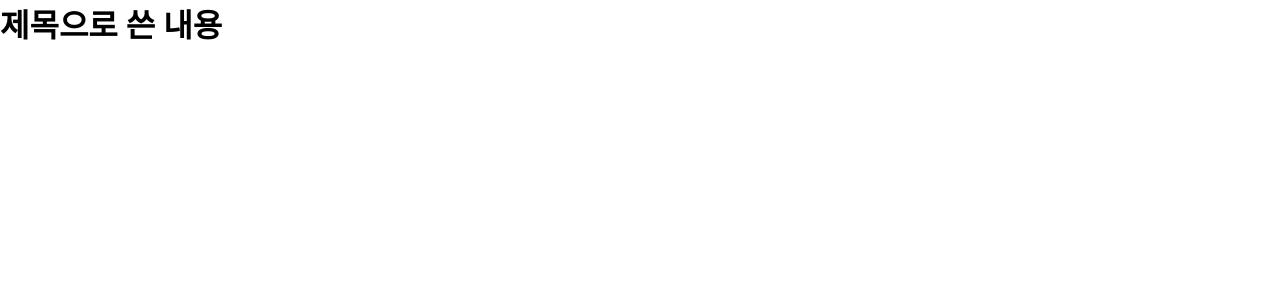
Repository: Axing00/SCSS
Page: test/index.html
The author's editor kept a copy of each file at every save. The page is drawn from the files as they stood at one save, then again after the next save.
The browser window is 1280 px wide. The pictures show the whole page.
The style sheet was rebuilt from its Sass, Less or Tailwind sources for each picture, by a compiler version that may differ from the author's.

Above is the page before, as saved 2023-03-17 16:05:27.

### test/index.html
<!DOCTYPE html>
<html lang="ko">

<head>
	<meta charset="UTF-8">
	<meta http-equiv="X-UA-Compatible" content="IE=edge">
	<meta name="viewport" content="width=device-width, initial-scale=1.0">
	<link rel="stylesheet" href="css/main.css">
	<title>scss test</title>
</head>

<body>
	<div class="container">
		<h1>제목으로 쓴 내용</h1>
	</div>
</body>

</html>

### test/style/main.scss

*{
	margin: 0;
	padding:0;
}

After the next save:
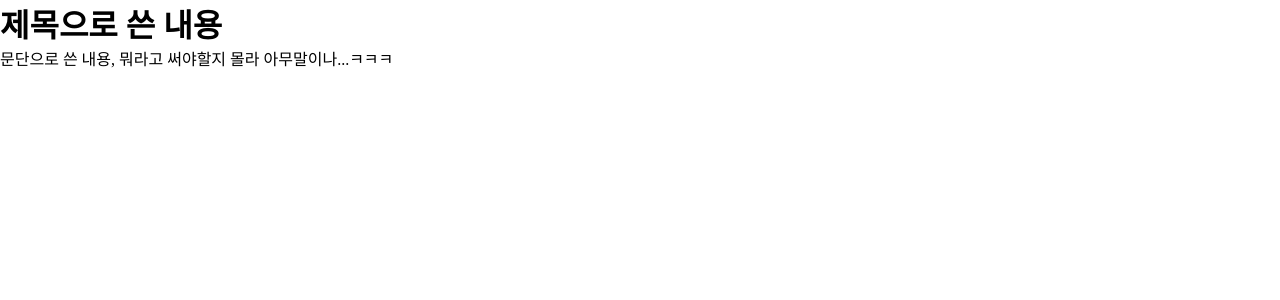
Saved 22 s later.
--- a/test/index.html
+++ b/test/index.html
@@ -12,6 +12,10 @@
 <body>
 	<div class="container">
 		<h1>제목으로 쓴 내용</h1>
+		<p>
+			문단으로 쓴 내용, 뭐라고 써야할지 몰라
+			<span>아무말</span>이나...ㅋㅋㅋ
+		</p>
 	</div>
 </body>
 
